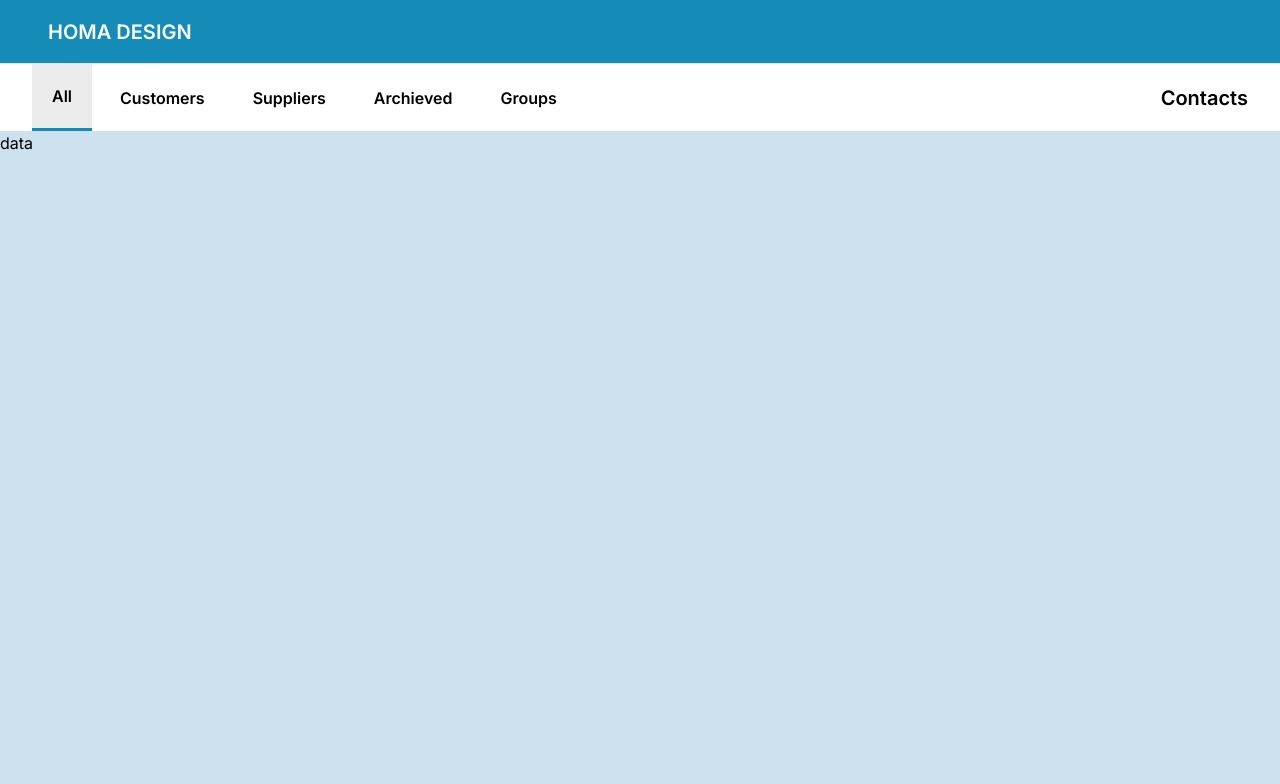
Repository: khairul35/homa-FE
Page: /contact
The author's editor kept a copy of each file at every save. The page is drawn from the files as they stood at one save, then again after the next save.
The browser window is 1280 px wide. The pictures show the whole page.
The project was rebuilt for these pictures with package versions that can differ from the ones it lists, and the page was loaded fresh each time. The framework's server and built-in components were replaced by stand-ins that run in the browser. Also part of the build but not shown: next.config.js, app/components/layout/header/BusinessMenu.tsx, app/components/layout/header/CompanyMenu.tsx.

Above is the page before, as saved 2024-01-06 09:42:44.

After the next save:
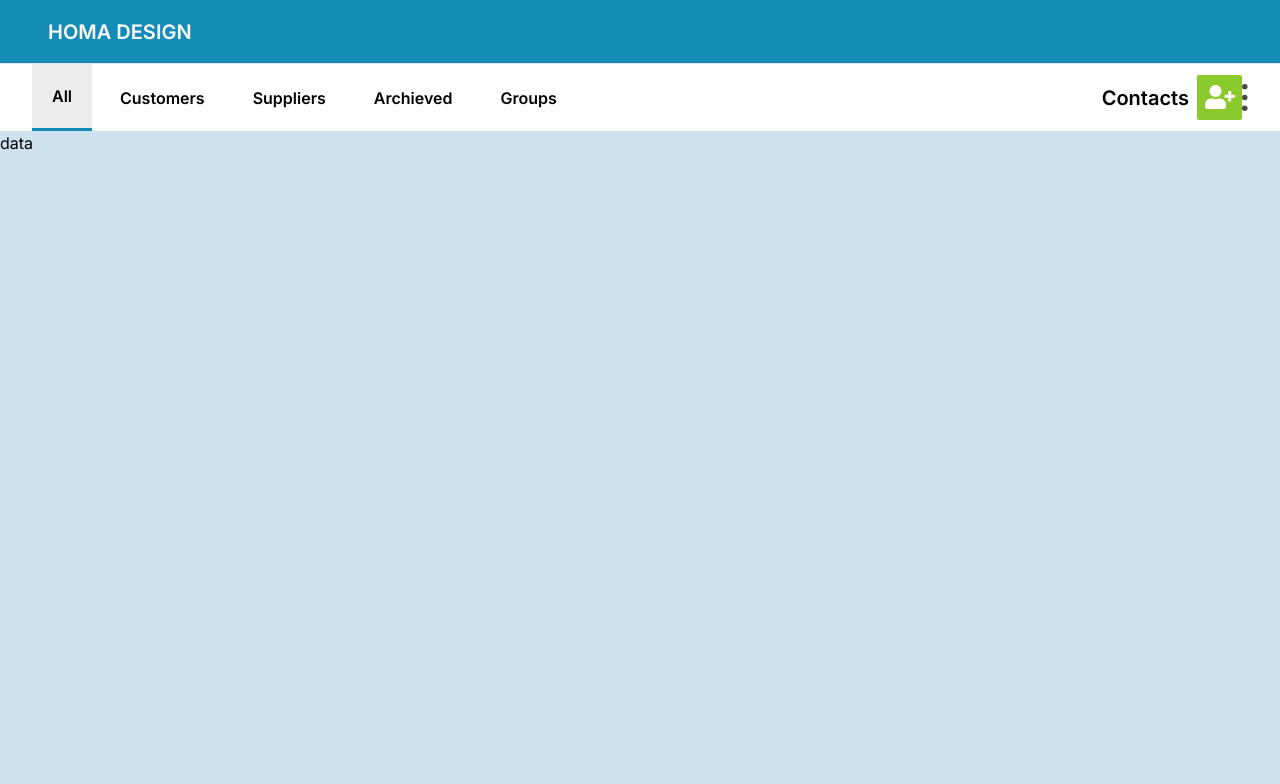
Saved 15 min 21 s later.
--- a/app/contact/index.component.tsx
+++ b/app/contact/index.component.tsx
@@ -51,19 +51,23 @@ const Component = (props: ComponentProps) => {
                                     Groups
                                 </span>
                             </div>
-                            {/* <div className="w-0 flex-1 sm:w-1/2"></div> */}
-                            <h2 className="hidden sm:block text-xl font-semibold">
-                                Contacts
-                                {/* <svg xmlns="http://www.w3.org/2000/svg" width="45" height="45" viewBox="0 0 45 45" fill="none">
-                                    <rect width="45" height="45" rx="2" fill="#8ACA2C"/>
-                                    <path d="M37.25 19.75H34.25V16.75C34.25 16.3375 33.9125 16 33.5 16H32C31.5875 16 31.25 16.3375 31.25 16.75V19.75H28.25C27.8375 19.75 27.5 20.0875 27.5 20.5V22C27.5 22.4125 27.8375 22.75 28.25 22.75H31.25V25.75C31.25 26.1625 31.5875 26.5 32 26.5H33.5C33.9125 26.5 34.25 26.1625 34.25 25.75V22.75H37.25C37.6625 22.75 38 22.4125 38 22V20.5C38 20.0875 37.6625 19.75 37.25 19.75ZM18.5 22C21.8141 22 24.5 19.3141 24.5 16C24.5 12.6859 21.8141 10 18.5 10C15.1859 10 12.5 12.6859 12.5 16C12.5 19.3141 15.1859 22 18.5 22ZM22.7 23.5H21.9172C20.8766 23.9781 19.7188 24.25 18.5 24.25C17.2812 24.25 16.1281 23.9781 15.0828 23.5H14.3C10.8219 23.5 8 26.3219 8 29.8V31.75C8 32.9922 9.00781 34 10.25 34H26.75C27.9922 34 29 32.9922 29 31.75V29.8C29 26.3219 26.1781 23.5 22.7 23.5Z" fill="white"/>
-                                </svg>
-                                <svg xmlns="http://www.w3.org/2000/svg" width="6" height="27" viewBox="0 0 6 27" fill="none">
-                                    <circle cx="2.75704" cy="2.75704" r="2.75704" fill="#494949"/>
-                                    <circle cx="2.75704" cy="13.5002" r="2.75704" fill="#494949"/>
-                                    <circle cx="2.75704" cy="24.2429" r="2.75704" fill="#494949"/>
-                                </svg> */}
-                            </h2>
+                            <div className="flex items-center">
+                                <h2 className="hidden sm:block text-xl font-semibold">
+                                    Contacts
+                                </h2>
+                                <div className="flex items-center ml-2">
+                                    <svg xmlns="http://www.w3.org/2000/svg" width="45" height="45" viewBox="0 0 45 45" fill="none">
+                                        <rect width="45" height="45" rx="2" fill="#8ACA2C"/>
+                                        <path d="M37.25 19.75H34.25V16.75C34.25 16.3375 33.9125 16 33.5 16H32C31.5875 16 31.25 16.3375 31.25 16.75V19.75H28.25C27.8375 19.75 27.5 20.0875 27.5 20.5V22C27.5 22.4125 27.8375 22.75 28.25 22.75H31.25V25.75C31.25 26.1625 31.5875 26.5 32 26.5H33.5C33.9125 26.5 34.25 26.1625 34.25 25.75V22.75H37.25C37.6625 22.75 38 22.4125 38 22V20.5C38 20.0875 37.6625 19.75 37.25 19.75ZM18.5 22C21.8141 22 24.5 19.3141 24.5 16C24.5 12.6859 21.8141 10 18.5 10C15.1859 10 12.5 12.6859 12.5 16C12.5 19.3141 15.1859 22 18.5 22ZM22.7 23.5H21.9172C20.8766 23.9781 19.7188 24.25 18.5 24.25C17.2812 24.25 16.1281 23.9781 15.0828 23.5H14.3C10.8219 23.5 8 26.3219 8 29.8V31.75C8 32.9922 9.00781 34 10.25 34H26.75C27.9922 34 29 32.9922 29 31.75V29.8C29 26.3219 26.1781 23.5 22.7 23.5Z" fill="white"/>
+                                    </svg>
+                                    <svg xmlns="http://www.w3.org/2000/svg" width="6" height="27" viewBox="0 0 6 27" fill="none">
+                                        <circle cx="2.75704" cy="2.75704" r="2.75704" fill="#494949"/>
+                                        <circle cx="2.75704" cy="13.5002" r="2.75704" fill="#494949"/>
+                                        <circle cx="2.75704" cy="24.2429" r="2.75704" fill="#494949"/>
+                                    </svg>
+                                </div>
+</div>
+
                         </div>
                     </div>
                     <div>
